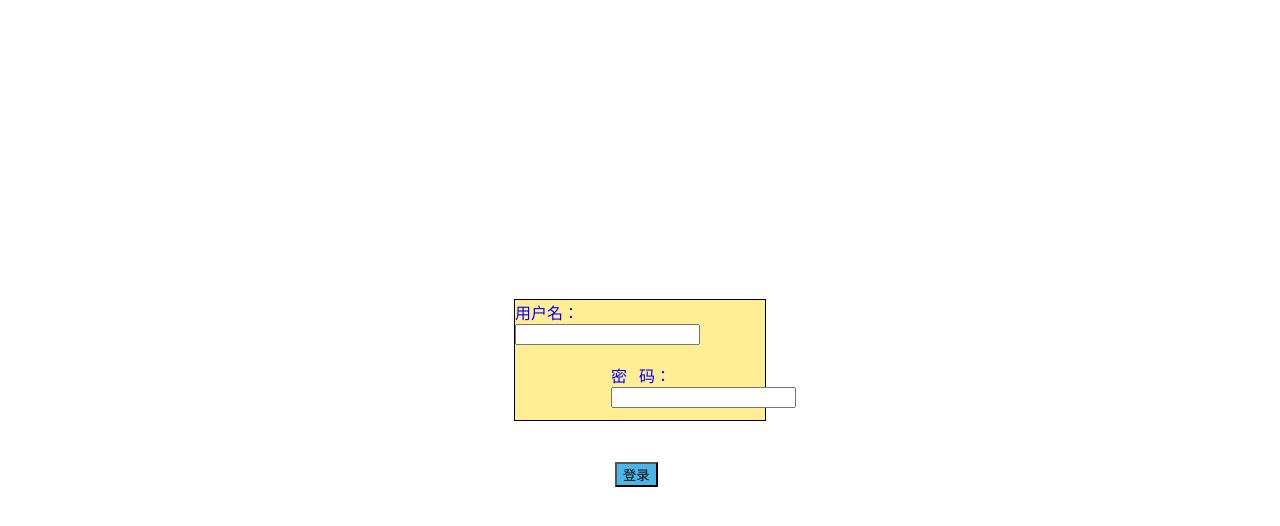
Repository: guirui-li/StudyJavaWeb
Page: http://localhost/JavawebTest/LoginServlet
These files come from the project's save history. The page is drawn as it stood at one moment and after the next save; the edit follows.
The browser window is 1280 px wide. The pictures show the whole page.
The page is served by Tomcat 9. Other server files are loaded and not shown.

Above is the page before, as saved 2019-05-03 07:22:46.

### JavawebTest/WebContent/experiment07/login.jsp
<%@ page language="java" contentType="text/html; charset=UTF-8"
    pageEncoding="UTF-8"%>
<!DOCTYPE html>
<html>
<head>
<meta http-equiv="Content-Type" content="text/html; charset=UTF-8">
<title>登录页面</title>
	<style type="text/css">
		body{
			margin: 0;
			padding: 0;
		}
		label{
			display:inline-block;
			width: 68px;
			color:blue;
			white-space: pre;
		}
		#form1{
			border: 1px solid black;
			width:250px;
			height:120px;
			background-color: #ffee93;
			position:absolute;
			top:50%;
			left:50%;
			transform:translate(-50%,-50%);
		}
		#submit{
			margin-left: 100px;
			background-color: #4cb4e7;
		}
	</style>
</head>
<body>
	<form action="/JavawebTest/LoginServlet" id="form1" name="form1" method="post">
		<label>用户名：</label>
			<input type="text" name="name" value="${requestScope.name }"/><br>
			<div id="div1">
				${requestScope.page1 }
			</div>
		<label>
			密&nbsp;&nbsp;&nbsp;码：
			<input type="text" name="psw" value="${requestScope.psw }" id="psw"/>
			<br>
		</label>
			<div id="div1">
				${requestScope.page2 }
			</div>
			<input type="submit" name="Submit" value="登录" id="submit"/>
	</form>
</body>
</html>

### JavawebTest/src/com/guirui/demo03/LoginServlet.java
package com.guirui.demo03;

import java.io.IOException;
import javax.servlet.ServletException;
import javax.servlet.annotation.WebServlet;
import javax.servlet.http.HttpServlet;
import javax.servlet.http.HttpServletRequest;
import javax.servlet.http.HttpServletResponse;

/**
 * Servlet implementation class LoginServlet
 */
@WebServlet("/LoginServlet")
public class LoginServlet extends HttpServlet {
	private static final long serialVersionUID = 1L;

    /**
     * @see HttpServlet#HttpServlet()
     */
    public LoginServlet() {
        super();
        // TODO Auto-generated constructor stub
    }

	/**
	 * @see HttpServlet#doGet(HttpServletRequest request, HttpServletResponse response)
	 */
	protected void doGet(HttpServletRequest request, HttpServletResponse response) throws ServletException, IOException {
		response.setContentType("text/html;charset=UTF-8");
		String pageURL="/experiment07/login.jsp";
		String name=null;
		Customer customer=new Customer();
		try {
			//寧땍狼邱뚤닒啞응포돤돕돨鑒앴쏵契긍쯤딧憐
			name=new String(request.getParameter("name").getBytes("ISO-8859-1"),"UTF-8");
			String password=new String(request.getParameter("psw").getBytes("ISO-8859-1"),"UTF-8");
			if(name==null||password==null) {
				return;
			}
			if(name.equals("")||password.equals("")) {
				return;
			}
			if(!customer.findName(name)) {
				request.setAttribute("page1", "헝渴흙攣횅돨痰빵츰");
			}else {
				if(customer.findPsw(name).equals(password)) {
					pageURL="/experiment07/loginSuccess.jsp";
					customer=customer.findCustomer(name);
					request.setAttribute("sex", customer.getSex());
					request.setAttribute("age",customer.getAge());
				}else {
					request.setAttribute("page2", "헝渴흙攣횅돨쵱쯤");
				}
			}
		} catch (Exception e) {}
		finally {
			request.setAttribute("name", name);
			request.getRequestDispatcher(pageURL).forward(request, response);
		}


	}

	/**
	 * @see HttpServlet#doPost(HttpServletRequest request, HttpServletResponse response)
	 */
	protected void doPost(HttpServletRequest request, HttpServletResponse response) throws ServletException, IOException {
		// TODO Auto-generated method stub
		doGet(request, response);
	}

}

### JavawebTest/src/com/guirui/demo03/Customer.java
package com.guirui.demo03;

import java.sql.Connection;
import java.sql.DriverManager;
import java.sql.PreparedStatement;
import java.sql.ResultSet;
import java.sql.SQLException;

public class Customer {
	private static final String forname="com.mysql.cj.jdbc.Driver";
	private static final String url="jdbc:mysql://localhost:3306/customer?serverTimezone=UTC";
	private static final String username="root";
	private static final String password="654321";
	private String id;
	private String name;
	private String psw;
	private String sex;
	private int age;

	public Customer() {}

	public Connection getConnection(){
		Connection con = null;
		try {
			Class.forName(forname);
			con=DriverManager.getConnection(url,username,password);
		} catch (ClassNotFoundException e) {
			e.printStackTrace();
		}catch(SQLException e) {
			e.printStackTrace();
		}
		return con;
	}
	public String findPsw(String name){
		String sql="select upassword from user where uname=?";
		String pword=null;
		Connection conn=this.getConnection();
		PreparedStatement ps=null;
		ResultSet rs=null;
		try {
			ps=conn.prepareStatement(sql);
			ps.setString(1, name);
			rs=ps.executeQuery();
			if(rs.next()) {
				pword=rs.getString("upassword");
			}
			rs.close();
			ps.close();
			conn.close();
		} catch (SQLException e) {
			e.printStackTrace();
		}
		return pword;
	}

	public boolean findName(String name){
		String sql="select uname from user where uname=?";
		boolean flag=false;
		Connection conn=this.getConnection();
		PreparedStatement ps=null;
		ResultSet rs=null;
		try {
			ps=conn.prepareStatement(sql);
			ps.setString(1, name);
			rs=ps.executeQuery();
			if(rs.next()) {
				flag=true;
			}
			rs.close();
			ps.close();
			conn.close();
		} catch (SQLException e) {
			e.printStackTrace();
		}
		return flag;
	}
	public Customer findCustomer(String name) {
		String sql="select usex,uage from user where uname=?";
		Connection conn=this.getConnection();
		PreparedStatement ps=null;
		ResultSet rs=null;
		try {
			ps=conn.prepareStatement(sql);
			ps.setString(1, name);
			rs=ps.executeQuery();
			if(rs.next()) {
				this.sex=rs.getString("usex");
				this.age=rs.getInt("uage");
			}
			rs.close();
			ps.close();
			conn.close();
		} catch (SQLException e) {
			e.printStackTrace();
		}
		return this;
	}


	public String getId() {
		return id;
	}
	public void setId(String id) {
		this.id = id;
	}
	public String getName() {
		return name;
	}
	public void setName(String name) {
		this.name = name;
	}
	public String getPsw() {
		return psw;
	}
	public void setPsw(String psw) {
		this.psw = psw;
	}
	public String getSex() {
		return sex;
	}
	public void setSex(String sex) {
		this.sex = sex;
	}
	public int getAge() {
		return age;
	}
	public void setAge(int age) {
		this.age = age;
	}

}

After the next save:
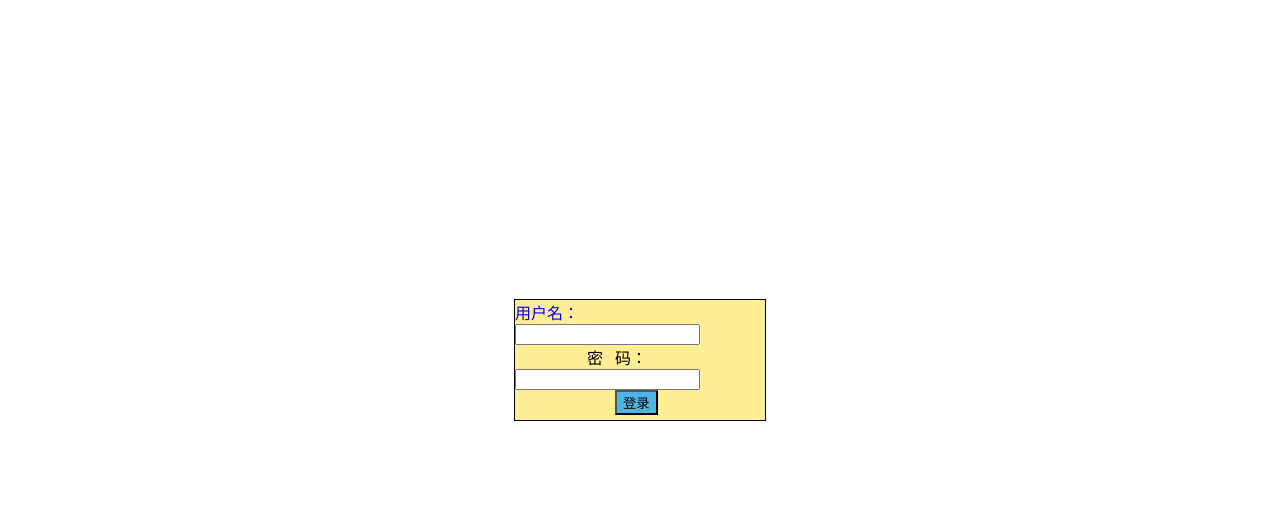
Saved 9 s later.
--- a/JavawebTest/WebContent/experiment07/login.jsp
+++ b/JavawebTest/WebContent/experiment07/login.jsp
@@ -39,11 +39,11 @@
 			<div id="div1">
 				${requestScope.page1 }
 			</div>
-		<label>
+		<label></label>
 			密&nbsp;&nbsp;&nbsp;码：
 			<input type="text" name="psw" value="${requestScope.psw }" id="psw"/>
 			<br>
-		</label>
+
 			<div id="div1">
 				${requestScope.page2 }
 			</div>
